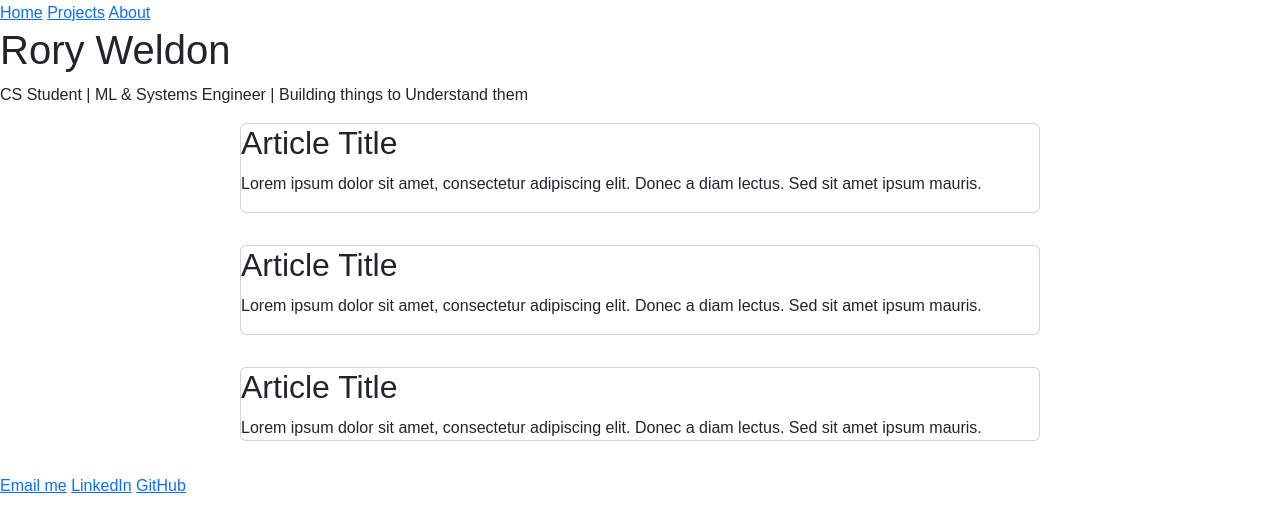
Repository: Art3misF0wl90/Portfolio
Page: index.html
These files come from the project's save history. The page is drawn as it stood at one moment and after the next save; the edit follows.
The browser window is 1280 px wide. The pictures show the whole page.

Above is the page before, as saved 2026-06-17 18:56:56.

### index.html
<!doctype html>
<html lang="en">
  <!-- This is a simple portfolio website for Rory Weldon, a CS student with interests in ML and systems engineering. The website includes a navigation bar, header, main content area with project teasers, and a footer with contact information. -->
  <head>
    <meta charset="UTF-8" />
    <meta name="viewport" content="width=device-width, initial-scale=1.0" />
    <title>Rory Weldon - Portfolio</title>
    <link
      href="https://cdn.jsdelivr.net/npm/bootstrap@5.3.8/dist/css/bootstrap.min.css"
      rel="stylesheet"
      integrity="sha384-sRIl4kxILFvY47J16cr9ZwB07vP4J8+LH7qKQnuqkuIAvNWLzeN8tE5YBujZqJLB"
      crossorigin="anonymous"
    />
    <link rel="stylesheet" href="style.css" />
  </head>
  <!-- this is the main content area -->
  <body>
    <!-- Navigation bar -->
    <nav>
      <a href="index.html">Home</a>
      <a href="projects.html">Projects</a>
      <a href="about.html">About</a>
    </nav>

    <!-- Header content -->
    <header>
      <h1>Rory Weldon</h1>
      <p>
        CS Student | ML & Systems Engineer | Building things to Understand them
      </p>
    </header>

    <main>
      <!-- Main content - Teasers for projects-->
      <article class="card">
        <h2>Article Title</h2>
        <p>
          Lorem ipsum dolor sit amet, consectetur adipiscing elit. Donec a diam
          lectus. Sed sit amet ipsum mauris.
        </p>
      </article>
      <article class="card">
        <h2>Article Title</h2>
        <p>
          Lorem ipsum dolor sit amet, consectetur adipiscing elit. Donec a diam
          lectus. Sed sit amet ipsum mauris.
        </p>
      </article>
      <article class="card">
        <h2 class="card-title">Article Title</h2>
        <p class="card-text">
          Lorem ipsum dolor sit amet, consectetur adipiscing elit. Donec a diam
          lectus. Sed sit amet ipsum mauris.
        </p>
      </article>
    </main>
    <!-- Footer content -->
    <footer>
      <a href="mailto:lweldon2@students.kennesaw.edu">Email me</a>
      <a href="https://www.linkedin.com/in/rory-weldon-5829ab297/">LinkedIn</a>
      <a href="https://github.com/Art3misF0wl90">GitHub</a>
    </footer>
  </body>
</html>

### style.css
body {
  font-family: sans-serif;
  /* resetting the browser's default page margin */
  margin: 0;
  line-height: 1.6;
}

main {
  /*caps line length so text stays readable on wide screens*/
  max-width: 800px;
  /*auto L/R margins center the fixed-width block*/
  margin: 0 auto;
}

article {
  /*space between teasers - em = relative to font size*/
  margin-bottom: 2em;
}

After the next save:
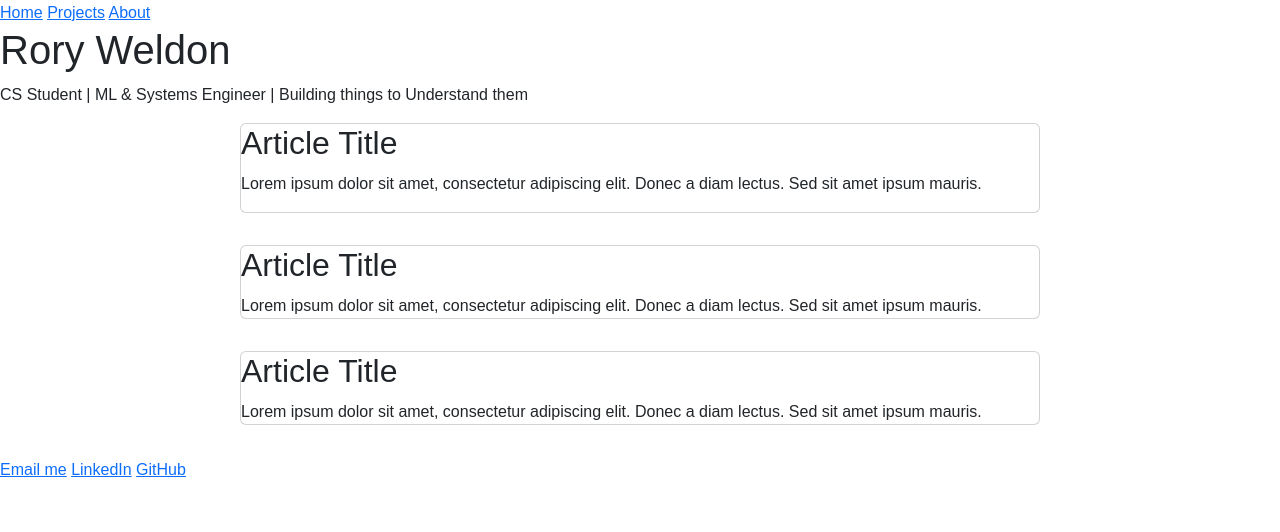
Saved 9 s later.
--- a/index.html
+++ b/index.html
@@ -40,8 +40,8 @@
         </p>
       </article>
       <article class="card">
-        <h2>Article Title</h2>
-        <p>
+        <h2 class="card-title">Article Title</h2>
+        <p class="card-text">
           Lorem ipsum dolor sit amet, consectetur adipiscing elit. Donec a diam
           lectus. Sed sit amet ipsum mauris.
         </p>
